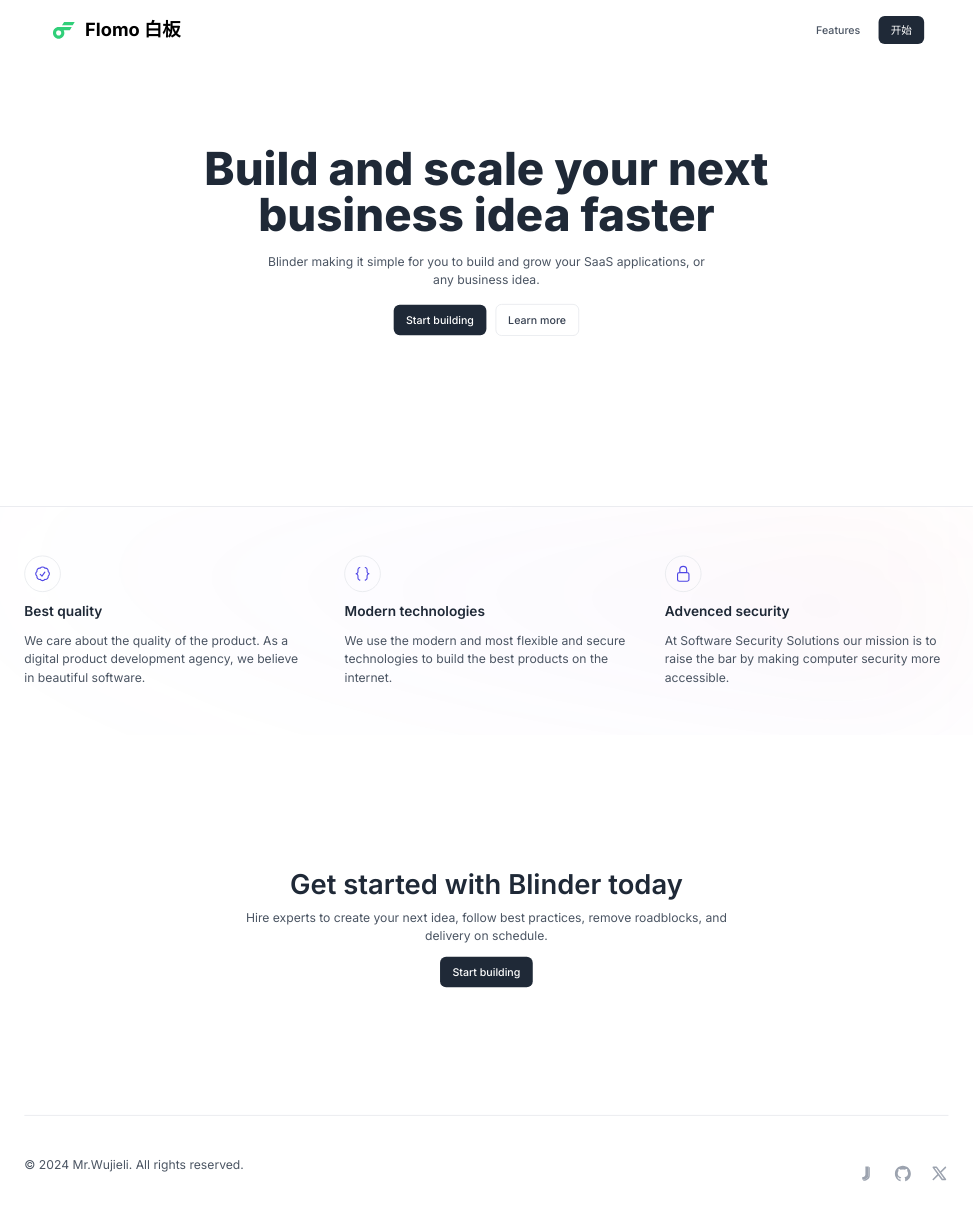
Repository: wujieli0207/flomo-board
Page: /
These files come from the project's save history. The page is drawn as it stood at one moment and after the next save; the edit follows.
The browser window is 1280 px wide. The pictures show the whole page, at 76% of full size.
The project was rebuilt for these pictures with package versions that can differ from the ones it lists, and the page was loaded fresh each time. The framework's server and built-in components were replaced by stand-ins that run in the browser. Also part of the build but not shown: next.config.mjs.

Above is the page before, as saved 2024-06-22 20:12:36.

After the next save:
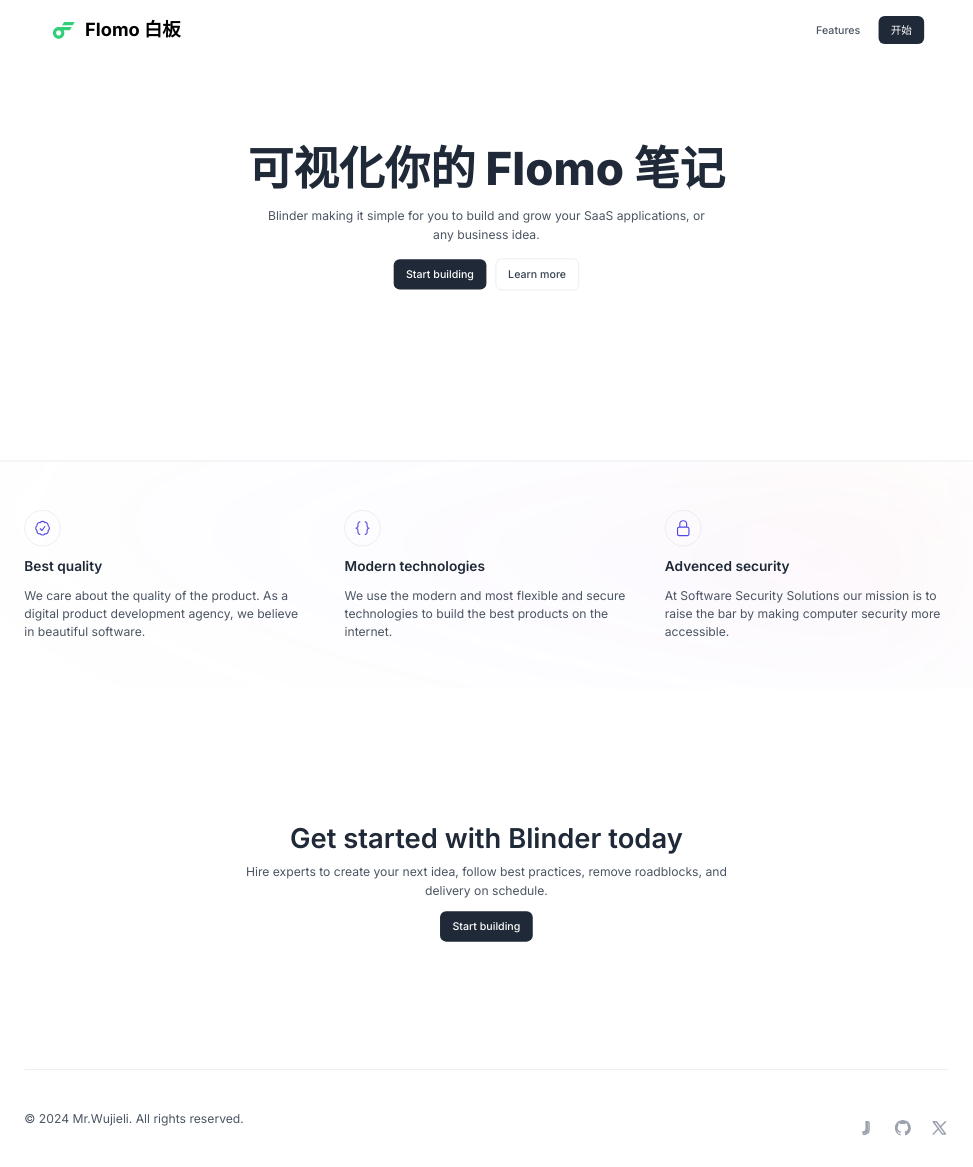
Saved 28 s later.
--- a/components/ui/Hero/index.tsx
+++ b/components/ui/Hero/index.tsx
@@ -5,7 +5,7 @@
     <div className="custom-screen py-28 text-gray-600">
       <div className="space-y-5 max-w-4xl mx-auto text-center">
         <h1 className="text-4xl text-gray-800 font-extrabold mx-auto sm:text-6xl">
-          Build and scale your next business idea faster
+          可视化你的 Flomo 笔记
         </h1>
         <p className="max-w-xl mx-auto">
           Blinder making it simple for you to build and grow your SaaS
